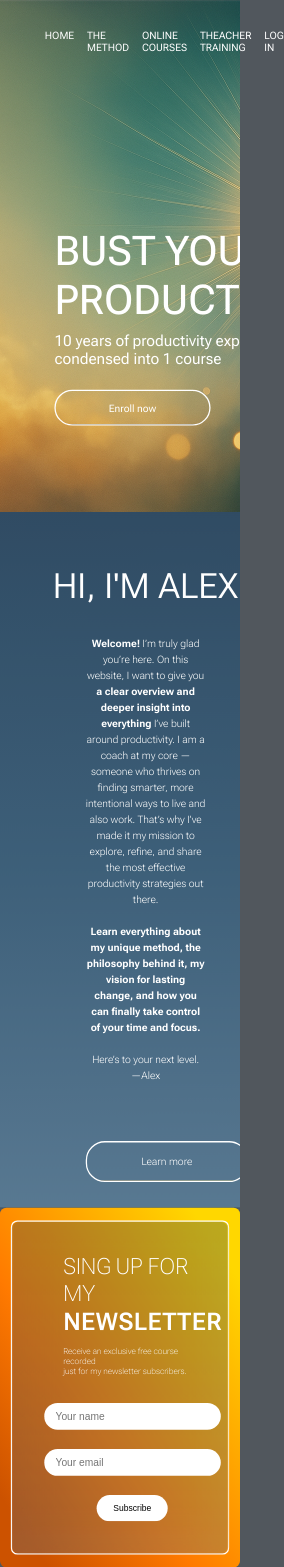
Repository: Parnicoza/testecomplete
Page: Productivity.copie.html
An editor plug-in stored every save of this project. The page is shown before and after the next save, followed by the edit.
The browser window is 375 px wide. The page is 443 px wide, so the pictures cover 443 px, including what lies to the right of the window. The pictures show the whole page, at 64% of full size.

Above is the page before, as saved 2025-05-29 12:53:23.

### Productivity.copie.html
<!DOCTYPE html>
<html lang="en">

<head>
    <meta charset="utf-8">
    <title>Productivity</title>
    <link rel="stylesheet" href="stilizaretestcomplet-14.css">
    <link rel="icon" href="imaginitestecomplete/dashboard.ico">
    <link rel="stylesheet" href="peoductivitate.css">
    <meta name="viewport" content="width=device-width, initial-scale=1.0">
    <meta charset="UTF-8">
    <link rel="preconnect" href="https://fonts.googleapis.com">
    <link rel="preconnect" href="https://fonts.gstatic.com" crossorigin>
    <link href="https://fonts.googleapis.com/css2?family=Roboto+Flex:opsz,wght@8..144,100..1000&display=swap"
        rel="stylesheet">
</head>

<body>
    <header>
        <nav>
            <ul class="nav-links">
                <li><a href="">HOME</a></li>
                <li><a href="">THE METHOD </a></li>
                <li><a href="">ONLINE COURSES</a></li>
                <li><a href="">THEACHER TRAINING</a></li>
                <li><a href="">LOG IN</a></li>
            </ul>
        </nav>
    </header>
    <div class="hero-section">
        <!--Acest div este pentru a separa, cu un background , the intro of the page ,cum ar venii , fata de restul paginii-->
        <figure>
            <h1 class="main-heading-pentru-productivity"> Bust Your <br>
                Productivity</h1>
            <figcaption class="caption-for-the-heading">10 years of productivity expertise condensed into 1 course
            </figcaption>
            <a class="button" href="https://www.maltemartenmethod.com/"><span>Enroll now</span></a>
        </figure>
    </div>

    <div class="background-after-hero"
        style="background: linear-gradient(to bottom, #1e3c56, #2c516d, #4a6d88), rgba(255, 255, 255, 0.08); background-blend-mode: overlay; padding: 40px; margin-top: 0;">
        <div class="HIIAMALEX">
            <h2>HI, I'M ALEX</h2>
            <p>
                <b>Welcome!</b> I’m truly glad you’re here. On this website, I want to give you <b>a clear overview and
                    deeper insight into everything</b> I’ve built around productivity. I am a coach at my core — someone
                who thrives on finding smarter, more intentional ways to live and also work. That’s why I’ve made it my
                mission to explore, refine, and share the most effective productivity strategies out there.<br>

                <br><b>Learn everything about my unique method, the philosophy behind it, my vision for lasting change,
                    and how you can finally take control of your time and focus.</b><br>

                <br>Here’s to your next level.<br>
                —Alex
                <a class="learn-more-btn" href="https://www.maltemartenmethod.com/"><span>Learn more</span></a>
            </p>
        </div>
    </div>

    <div class="newsletter"><!--ACESTA ESTE BACKROUND-UL , DIN SPATE , CEL CU ROSU-->
        <div class="newsletter-text"><!--ACESTA ESTE BORDERUL/BACKGROUND-UL CU BORDER-->
            <div class="newsletter-overlay"></div>
            <div class="text">
                <!--ACEST DIV ESTE PENTRU TEXTUL PROPRIU ZIS , AICI PUN TEXTUL SI MA OC CU PROPRIETATILE LUI-->
                <p class="singup">
                    SING UP FOR MY<br>
                    <span class="span">NEWSLETTER</span><br>
                    <span style="font-size: small; display: inline-block;margin-top: 15px;">
                        Receive an exclusive free course recorded<br>
                        just for my newsletter subscribers.
                    </span>
                </p>

                <form class="newsletter-form-row">
                    <input type="text"  placeholder="Your name"  required>
                    <input type="email" placeholder="Your email" required>
                    <button type="submit">Subscribe</button>
                </form>
            </div>
        </div>
    </div>
</body>

</html>

### stilizaretestcomplet-14.css
body{
    background-color:#51575D;
}

.main-heading{
    text-align: center;
    text-transform: uppercase;
    text-shadow: 15px 15px 15px black;
    font-size: 3.5em;
    color: black;
}

.background-for-the-heading{
    background: linear-gradient(to right, #5B6770, #9CAEBF);
    margin: 20px;
    padding: 5px;
    border-radius: 10px;
    margin-left: 170px;
}

.thesamebackground{
    background-color: rgba(91, 103, 112, 0.6) ;
    margin-left: 170px;
    margin-top: 50px;
    text-align: center;
    padding: 10px;
    border-radius: 10px;
    box-shadow: 5px 5px 15px black;
    margin-right: 20px;
}

.paragraph-gradient{
    color: #ffff;
    font-size: 2em;
    -webkit-text-stroke: 0.7px black;
    text-align: center;
}

.quote{
    border: 1px dotted black;
    padding: 10px;
    margin-left: 150px;
}

.divider{
    border: none;
    height: 4px;
    background-color: lightgray;
    border: 3px dotted black;
    margin: 14px;
    margin-left: 150px;
}

.image{
    border-radius: 5px;
    box-shadow: 5px 5px 15px black;
    display: block;
    margin: 0 auto;
}

.picture{
    margin-left: 160px;
}

.Dashboard{
    display: flex;
}

.sidebar{
    display: flex;
    flex-direction: column;
   width: 140px;
   position: fixed;
   left: 0;
   top: 0;
   height: 96vh;
   justify-content: center;
   margin: 20px;
   background-color: #6A747D;
    border-radius: 10px;
    box-shadow: -5px -5px 15px black;

}

.list{
    list-style-type: none;
    display: flex;
    flex-direction: column;
    gap: 30px;
    padding: 0;
    margin-left: 10px;
}

.container{
    margin-left: 160px;
}

.divimage{
    display: block;
    margin-left: 160px;
    margin-top: 50px;

}

.figcaption{
    font-style: italic;
    font-weight: bold;
    margin: 20px;
}

.home{
    color: black;
}

.BLOCKS{
    display: flex;
    flex-direction: row;
    justify-content: space-evenly;
    gap: 20px;
}
.blocks{
    display: flex;
    flex-direction: column;
    justify-content: space-evenly;
    width: 350px;
    margin-left: 170px;
    background-color: rgba(91, 103, 112, 0.6);
    box-shadow: 5px 5px 15px black;
    border-radius: 10px;
    padding: 10px;
    margin-right: 20px;
}

.blocks2{
    display: flex;
    flex-direction: column;
    justify-content: space-evenly;
    width: 350px;
    background-color: rgba(91, 103, 112, 0.6);
    box-shadow: 5px 5px 15px black;
    border-radius: 10px;
    padding: 10px;
    margin-right: 20px;
}

.blocks3{
    display: flex;
    flex-direction: column;
    justify-content: space-evenly;
    width: 350px;
    background-color: rgba(91, 103, 112, 0.6);
    box-shadow: 5px 5px 15px black;
    border-radius: 10px;
    padding: 10px;
    margin-right: 20px;
}
.headingforblock{
    text-align: left;
    text-transform: uppercase;
    font-weight: bold;
    color: black;
    display: flex;
}

.paragraph-gradient1{
    color: #ffff;
    -webkit-text-stroke: 0.6px black;
    font-size: 25px;
    text-align: center;
}

.footer{
    margin-left: 170px;
}

.social-media{
    display: flex;
    flex-direction: row;
    justify-content: space-evenly;
    gap: 20px;
    margin-top: 250px;
}
.ul{
    list-style-type: none;
    display: flex;
    flex-direction: row;
    gap: 20px;
    padding: 0;
}

.footer-text{
    color: white;
    font-size: smaller;
    text-align: center;
    margin: 0 auto;
    width: 650px;
}

.Disclaimer{
    color: white;
    font-size: large;
}

.ifarme{
    margin-left: 160px;
    margin-top: 10px;
}

### peoductivitate.css
.newsletter-form-row{
    display:flex;
    align-items:center;
    gap:30px;
    margin-top:25px;
    flex-wrap:wrap;
    justify-content:center;
}

.newsletter-form-row input{
    width:240px;
    padding:12px 18px;
    border-radius:25px;
    border:none;
    background:#fff;
    font-size:16px;
}
.newsletter-form-row input:focus{
    outline:none;
    box-shadow:0 0 0 2px #ffa50044;
}

.newsletter-form-row button{
    padding:13px 26px;
    border-radius:25px;
    background:#ffffff;
    border:none;
    cursor:pointer;
    transition:background 0.3s ease;
}
.newsletter-form-row button:hover{
    background:#ffe3b3;
}

/* mobile stacking */
@media (max-width:600px){
    .newsletter-form-row{
        flex-direction:column;
        gap:15px;
    }
}
html,body{overflow-x:hidden;}
body{
    font-family: "Roboto Flex", sans-serif;
    margin: 0;
}

.hero-section{
    height: 100vh;
    display: flex;
    align-items: center;
    background-image: url('imaginitestecomplete/sky.png');
    background-position: center;
    background-size: cover;
    background-repeat: no-repeat;
    /* A RAMAS SA PUN BACKGROUND */
    background-size: cover;
    background-position: center;
    background-repeat: no-repeat;
    margin-bottom: 0;
    width: 100%;
}

.background-after-hero {
    background: linear-gradient(to bottom, #1e3c56, #2c516d, #4a6d88), rgba(255, 255, 255, 0.08);
    background-blend-mode: overlay;
    padding: 40px;
    margin-top: 0;
    min-height: 60vh;
    width: 100%;
    overflow-x: hidden;

}

nav{
    position: absolute;
    width: 100%;
    z-index: 1000;
    margin: 30px;
}

.nav-links{
    list-style-type: none;
    display: flex;
    justify-content: flex-start;
    gap: 20px;
}

.nav-links li a{
    text-decoration: none;
    color: white;
}

.main-heading-pentru-productivity{
    text-transform: uppercase;
    font-size: 4rem;
    color: white;
    text-align: left;
    line-height: 1.2em;
    margin-top: 220px;
    margin-left: 45px;
    margin-bottom: 10px;
    font-weight: 450;
}

.caption-for-the-heading{
    display: inline-block;
    text-align: left;
    margin-left: 45px;
    font-size: x-large;
    color: white;
}

.HIIAMALEX{
    color: white;
    text-align: center;
}

.HIIAMALEX h2{
    font-weight: 330;
    font-size: 3.4em;
}

.HIIAMALEX p{
    font-weight: 200;
    width: 50%;
    text-align: center;
    margin: 0 auto;
    line-height: 25px;
}

.button{
    background: transparent;
   border: 2px solid white;
    border-radius: 30px;
    display: flex;
    justify-content: center;
    align-items: center;
    text-align: center;
    width: 240px;
    height: 52px;
    margin-top: 35px;
    margin-left: 45px;
    color: white;
    text-decoration: none;
    position: relative;
    overflow: hidden;
    z-index: 1;
}

.button::before {
    content: "";
    position: absolute;
    bottom: -100%;         /* de jos, complet ascuns la început */
    left: 0;
    width: 100%;
    height: 100%;
    background: linear-gradient(to bottom, #1e3c56, #2c516d, #4a6d88), rgba(255, 255, 255, 0.08);
    transition: bottom 0.4s ease;
    z-index: 0;
}
.button:hover::before {
    bottom: 0;  /* se ridică complet peste buton */
}
.button span {
    position: relative;
    z-index: 2;
}

.learn-more-btn{
    background: transparent;
    border: 2px solid white;
    border-radius: 30px;
    display: flex;
    align-items: center;
    justify-content: center;
    text-align: center;
    width: 250px;
    height: 60px;
    margin: 0 auto;
    position: relative;
    overflow: hidden;
    z-index: 1;
    color: white;
    text-decoration: none;
    margin-top: 90px;
}

.learn-more-btn::before{
    content: "";
    position: absolute;
    bottom: -100%;         /* de jos, complet ascuns la început */
    left: 0;
    width: 100%;
    height: 100%;
    background: linear-gradient(to top right, #cc5200 10%, #ff7a00 40%, #ffd700 90%);
    transition: bottom 0.4s ease;
    z-index: 0;
}

.learn-more-btn:hover::before{
    bottom: 0;  /* se ridică complet peste buton */
}

.learn-more-btn span{
    position: relative;
    z-index: 2;
}

.newsletter{
    background: linear-gradient(to top right, #cc5200 10%, #ff7a00 40%, #ffd700 90%);
    min-height: 45vh;
    display: flex;
    justify-content: center;
    align-items: center;
    flex-direction: column;
    width: 100%;
    border-radius: 10px;
}
.singup {
    color: white;
    font-size: 35px;
    font-weight: 100;
    text-align: left;
    margin-left: 30px;
    line-height: 1.2;
}
.span {
    display: inline-block;
    font-weight: 600;
    width: 250px;
    text-align: left;
    font-size: 38px;
    letter-spacing: 0.5px;
}

.newsletter-text{
    border: 2px solid white;
    width: 90%;
    max-width: 1150px;
    margin: 20px auto;
    position: relative;
    border-radius: 10px;

}
.text{
    margin: 50px;
    position: relative;
    z-index: 2;
}
.newsletter-overlay{
    position: absolute;
    top: 0;
    left: 0;
    width: 100%;
    height: 100%;
    background: linear-gradient(
      to bottom,
      rgba(30, 60, 86, 0.3),
      rgba(44, 81, 109, 0.3),
      rgba(74, 109, 136, 0.3)
    );
    backdrop-filter: blur(30px);
    border-radius: 4px;
    z-index: 0;
    border-radius: 10px;
}

.newsletter-form-row{
    display: flex;
    align-items: center;
    justify-content: space-between;
    gap: 30px;
}
form {
    display: flex;
    gap: 20px;
  }

  form input {
    padding: 12px 18px;
    border-radius: 25px;
    border: none;
    background-color: white;
    color: #333;
    font-size: 16px;
  }
  form input:focus {
    outline: none;
    box-shadow: 0 0 0 2px #ffa50044;
  }
  .explore-courses{
    background: linear-gradient(to bottom, #1e3c56, #2c516d, #4a6d88), rgba(255, 255, 255, 0.08);
    display: flex;
    justify-content: center;
    flex-direction: column;
    align-items: center;
    min-height: 100vh;
  }

  .explore-courses-text{
    width: 50%;
    text-align: center;
    color: white;
    margin: 0 auto;
    line-height: 25px;
    font-weight: 200;
    margin-top: 45.152px;
  }

  .explore-courses h2{
    font-weight: 330;
    font-size: 3.4em;
    color: white;
    text-align: center;
}

.course-cards{
    display: flex;
    align-items: center;
    justify-content: space-evenly;
    gap: 100px;
    margin: auto;
    margin-top: 50px;
}

.borderfortheimages{
    border-radius: 25px;
}
.scroll-appear {
    opacity: 0;
    transform: translateY(-30px);
    transition: opacity 1.5s ease, transform 1.5s ease;
}

.scroll-appear.show {
    opacity: 1;
    transform: translateY(0);
}

.join-btn {
    margin-top: 50px;      /* pushes the button down a bit */
    margin-bottom: 40px;   /* optional bottom spacing */
}

After the next save:
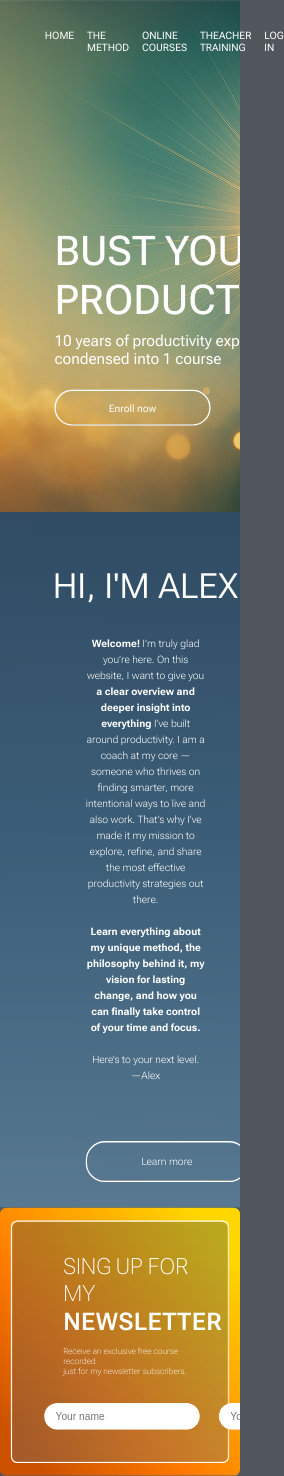
Saved 51 s later.
--- a/peoductivitate.css
+++ b/peoductivitate.css
@@ -1,44 +1,3 @@
-.newsletter-form-row{
-    display:flex;
-    align-items:center;
-    gap:30px;
-    margin-top:25px;
-    flex-wrap:wrap;
-    justify-content:center;
-}
-
-.newsletter-form-row input{
-    width:240px;
-    padding:12px 18px;
-    border-radius:25px;
-    border:none;
-    background:#fff;
-    font-size:16px;
-}
-.newsletter-form-row input:focus{
-    outline:none;
-    box-shadow:0 0 0 2px #ffa50044;
-}
-
-.newsletter-form-row button{
-    padding:13px 26px;
-    border-radius:25px;
-    background:#ffffff;
-    border:none;
-    cursor:pointer;
-    transition:background 0.3s ease;
-}
-.newsletter-form-row button:hover{
-    background:#ffe3b3;
-}
-
-/* mobile stacking */
-@media (max-width:600px){
-    .newsletter-form-row{
-        flex-direction:column;
-        gap:15px;
-    }
-}
 html,body{overflow-x:hidden;}
 body{
     font-family: "Roboto Flex", sans-serif;
